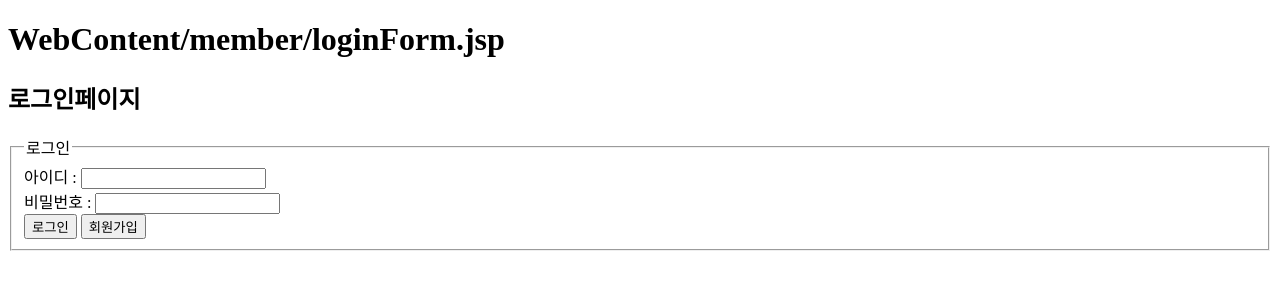
Repository: kim-byoungkwan/OpenBanking
Page: http://localhost/SemiFinalProject/jsp/login/login.jsp
An editor plug-in stored every save of this project. The page is shown before and after the next save, followed by the edit.
The browser window is 1280 px wide. The pictures show the whole page.
The page is served by Tomcat 9. Other server files are loaded and not shown.

Above is the page before, as saved 2022-07-14 12:11:56.

### SemiFinalProject/src/main/webapp/jsp/login/login.jsp
<%@ page language="java" contentType="text/html; charset=UTF-8"
    pageEncoding="UTF-8"%>
<!DOCTYPE html PUBLIC "-//W3C//DTD HTML 4.01 Transitional//EN" "http://www.w3.org/TR/html4/loose.dtd">

<html>
<head>
<meta http-equiv="Content-Type" content="text/html; charset=UTF-8">
<title>Insert title here</title>
</head>

<body>
 <h1>WebContent/member/loginForm.jsp</h1>
 <h2> 로그인페이지 </h2>

 <fieldset>
   <legend> 로그인 </legend>
   <form action="loginPro.jsp" method="post">
     	아이디 : <input type="text" name="id"><br>
    	비밀번호 : <input type="password" name="pass"><br>
     <input type="submit" value="로그인">
     <input type="button" value="회원가입" onclick=" location.href='insertForm.jsp'; ">
   </form>
 </fieldset>

</body>

</html>

After the next save:
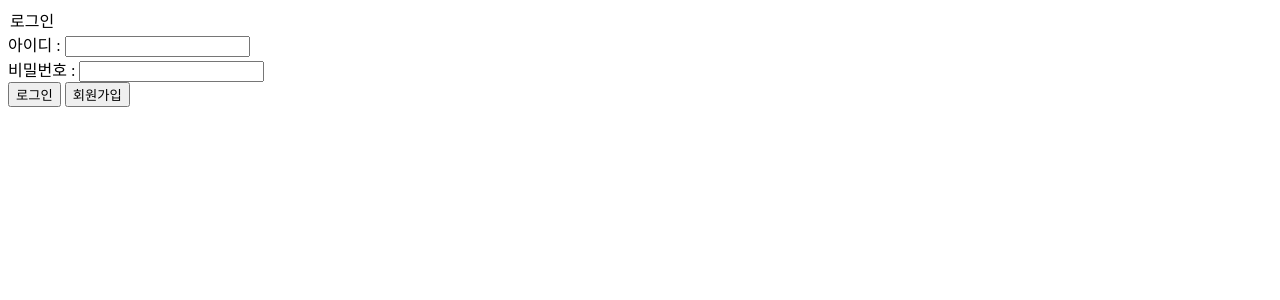
Saved 29 s later.
--- a/SemiFinalProject/src/main/webapp/jsp/login/login.jsp
+++ b/SemiFinalProject/src/main/webapp/jsp/login/login.jsp
@@ -9,10 +9,7 @@
 </head>
 
 <body>
- <h1>WebContent/member/loginForm.jsp</h1>
- <h2> 로그인페이지 </h2>
 
- <fieldset>
    <legend> 로그인 </legend>
    <form action="loginPro.jsp" method="post">
      	아이디 : <input type="text" name="id"><br>
@@ -20,7 +17,7 @@
      <input type="submit" value="로그인">
      <input type="button" value="회원가입" onclick=" location.href='insertForm.jsp'; ">
    </form>
- </fieldset>
+
 
 </body>
 
